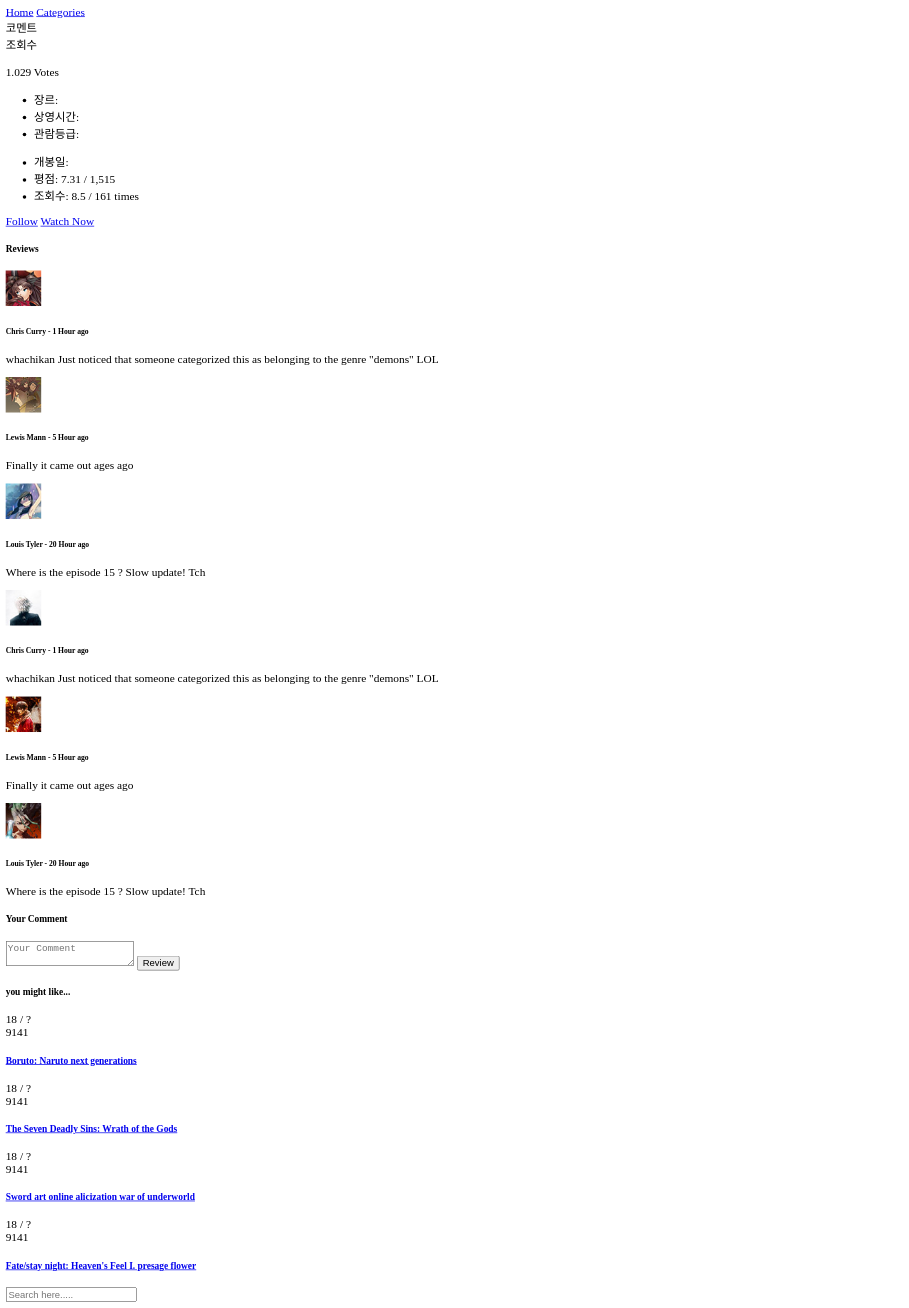
Repository: DavidJeonKr/Movidic
Page: http://localhost/Movidic/WEB-INF/views/movie/detail.jsp
The author's editor kept a copy of each file at every save. The page is drawn from the files as they stood at one save, then again after the next save.
The browser window is 1280 px wide. The pictures show the whole page, at 71% of full size.
The page is served by Tomcat 9. Nobody is signed in. Other server files are loaded and not shown. The template is opened directly, without the code that normally fills it, so the values that code supplies are empty.

Above is the page before, as saved 2022-05-13 08:57:43.

### Movidic/src/main/webapp/WEB-INF/views/movie/detail.jsp
<%@ page language="java" contentType="text/html; charset=UTF-8"
    pageEncoding="UTF-8"%>
<%@ taglib uri="http://java.sun.com/jsp/jstl/core" prefix="c" %>
<%@ taglib uri="http://java.sun.com/jsp/jstl/functions" prefix="fn" %>
<!DOCTYPE html>
<html lang="zxx">

<head>
    <meta charset="UTF-8">
    <meta name="description" content="Anime Template">
    <meta name="keywords" content="Anime, unica, creative, html">
    <meta name="viewport" content="width=device-width, initial-scale=1.0">
    <meta http-equiv="X-UA-Compatible" content="ie=edge">
    <title>Anime | Template</title>

</head>

<body>
    <!-- Page Preloder -->
    <div id="preloder">
        <div class="loader"></div>
    </div>


    <!-- Breadcrumb Begin -->
    <div class="breadcrumb-option">
        <div class="container">
            <div class="row">
                <div class="col-lg-12">
                    <div class="breadcrumb__links">
                        <a href="./index.html"><i class="fa fa-home"></i> Home</a>
                        <a href="./categories.html">Categories</a>
                        <!-- TODO: 장르 받아서 입력-->
                        <span>${movie.genre}</span>
                    </div>
                </div>
            </div>
        </div>
    </div>
    <!-- Breadcrumb End -->

    <!-- Anime Section Begin -->
    <section class="anime-details spad">
        <div class="container">
            <div class="anime__details__content">
                <div class="row">
                    <div class="col-lg-3">
                        <div class="anime__details__pic set-bg"  data-setbg="${movie.image}">
                            <div class="comment"><i class="fa fa-comments"></i> 코멘트 </div>
                            <div class="view"><i class="fa fa-eye"></i> 조회수 </div>
                        </div>
                    </div>
                    <div class="col-lg-9">
                        <div class="anime__details__text">
                            <div class="anime__details__title">
                                <h3>${movie.title}</h3>
                            </div>
                            <div class="anime__details__rating">
                                <div class="rating">
                                    <a href="#"><i class="fa fa-star"></i></a>
                                    <a href="#"><i class="fa fa-star"></i></a>
                                    <a href="#"><i class="fa fa-star"></i></a>
                                    <a href="#"><i class="fa fa-star"></i></a>
                                    <a href="#"><i class="fa fa-star-half-o"></i></a>
                                </div>
                                <span>1.029 Votes</span>
                            </div>
                            <p>${movie.summary}</p>
                            <div class="anime__details__widget">
                                <div class="row">
                                    <div class="col-lg-6 col-md-6">
                                        <ul>
                                            <li><span>장르:</span> ${movie.genre}</li>
                                            <li><span>상영시간:</span> ${movie.duration}</li>
                                            <li><span>관람등급:</span> ${movie.film_ration}</li>
                                        </ul>
                                    </div>
                                    <div class="col-lg-6 col-md-6">
                                        <ul>
                                            <li><span>개봉일:</span> ${movie.openData}</li>
                                            <li><span>평점:</span> 7.31 / 1,515</li>
                                            <li><span>조회수:</span> 8.5 / 161 times</li>
                                        </ul>
                                    </div>
                                </div>
                            </div>
                            <div class="anime__details__btn">
                                <a href="#" class="follow-btn"><i class="fa fa-heart-o"></i> Follow</a>
                                <a href="#" class="watch-btn"><span>Watch Now</span> <i
                                    class="fa fa-angle-right"></i></a>
                                </div>
                            </div>
                        </div>
                    </div>
                </div>
                <div class="row">
                    <div class="col-lg-8 col-md-8">
                        <div class="anime__details__review">
                            <div class="section-title">
                                <h5>Reviews</h5>
                            </div>
                            <div class="anime__review__item">
                                <div class="anime__review__item__pic">
                                    <img src="${pageContext.request.contextPath }/resources/img/anime/review-1.jpg" alt="">
                                </div>
                                <div class="anime__review__item__text">
                                    <h6>Chris Curry - <span>1 Hour ago</span></h6>
                                    <p>whachikan Just noticed that someone categorized this as belonging to the genre
                                    "demons" LOL</p>
                                </div>
                            </div>
                            <div class="anime__review__item">
                                <div class="anime__review__item__pic">
                                    <img src="${pageContext.request.contextPath }/resources/img/anime/review-2.jpg" alt="">
                                </div>
                                <div class="anime__review__item__text">
                                    <h6>Lewis Mann - <span>5 Hour ago</span></h6>
                                    <p>Finally it came out ages ago</p>
                                </div>
                            </div>
                            <div class="anime__review__item">
                                <div class="anime__review__item__pic">
                                    <img src="${pageContext.request.contextPath }/resources/img/anime/review-3.jpg" alt="">
                                </div>
                                <div class="anime__review__item__text">
                                    <h6>Louis Tyler - <span>20 Hour ago</span></h6>
                                    <p>Where is the episode 15 ? Slow update! Tch</p>
                                </div>
                            </div>
                            <div class="anime__review__item">
                                <div class="anime__review__item__pic">
                                    <img src="${pageContext.request.contextPath }/resources/img/anime/review-4.jpg" alt="">
                                </div>
                                <div class="anime__review__item__text">
                                    <h6>Chris Curry - <span>1 Hour ago</span></h6>
                                    <p>whachikan Just noticed that someone categorized this as belonging to the genre
                                    "demons" LOL</p>
                                </div>
                            </div>
                            <div class="anime__review__item">
                                <div class="anime__review__item__pic">
                                    <img src="${pageContext.request.contextPath }/resources/img/anime/review-5.jpg" alt="">
                                </div>
                                <div class="anime__review__item__text">
                                    <h6>Lewis Mann - <span>5 Hour ago</span></h6>
                                    <p>Finally it came out ages ago</p>
                                </div>
                            </div>
                            <div class="anime__review__item">
                                <div class="anime__review__item__pic">
                                    <img src="${pageContext.request.contextPath }/resources/img/anime/review-6.jpg" alt="">
                                </div>
                                <div class="anime__review__item__text">
                                    <h6>Louis Tyler - <span>20 Hour ago</span></h6>
                                    <p>Where is the episode 15 ? Slow update! Tch</p>
                                </div>
                            </div>
                        </div>
                        <div class="anime__details__form">
                            <div class="section-title">
                                <h5>Your Comment</h5>
                            </div>
                            <form action="#">
                                <textarea placeholder="Your Comment"></textarea>
                                <button type="submit"><i class="fa fa-location-arrow"></i> Review</button>
                            </form>
                        </div>
                    </div>
                    <div class="col-lg-4 col-md-4">
                        <div class="anime__details__sidebar">
                            <div class="section-title">
                                <h5>you might like...</h5>
                            </div>
                            <div class="filter__gallery">
                            <div class="product__sidebar__view__item set-bg" data-setbg="${pageContext.request.contextPath }/resources/img/sidebar/tv-1.jpg">
                                <div class="ep">18 / ?</div>
                                <div class="view"><i class="fa fa-eye"></i> 9141</div>
                                <h5><a href="#">Boruto: Naruto next generations</a></h5>
                            </div>
                            <div class="product__sidebar__view__item set-bg" data-setbg="${pageContext.request.contextPath }/resources/img/sidebar/tv-2.jpg">
                                <div class="ep">18 / ?</div>
                                <div class="view"><i class="fa fa-eye"></i> 9141</div>
                                <h5><a href="#">The Seven Deadly Sins: Wrath of the Gods</a></h5>
                            </div>
                            <div class="product__sidebar__view__item set-bg" data-setbg="${pageContext.request.contextPath }/resources/img/sidebar/tv-3.jpg">
                                <div class="ep">18 / ?</div>
                                <div class="view"><i class="fa fa-eye"></i> 9141</div>
                                <h5><a href="#">Sword art online alicization war of underworld</a></h5>
                            </div>
                            <div class="product__sidebar__view__item set-bg" data-setbg="${pageContext.request.contextPath }/resources/img/sidebar/tv-4.jpg">
                                <div class="ep">18 / ?</div>
                                <div class="view"><i class="fa fa-eye"></i> 9141</div>
                                <h5><a href="#">Fate/stay night: Heaven's Feel I. presage flower</a></h5>
                            </div>
                            </div>
                        </div>
                    </div>
                </div>
            </div>
        </section>
        <!-- Anime Section End -->



          <!-- Search model Begin -->
          <div class="search-model">
            <div class="h-100 d-flex align-items-center justify-content-center">
                <div class="search-close-switch"><i class="icon_close"></i></div>
                <form class="search-model-form">
                    <input type="text" id="search-input" placeholder="Search here.....">
                </form>
            </div>
        </div>
        <!-- Search model end -->


    </body>

    </html>

After the next save:
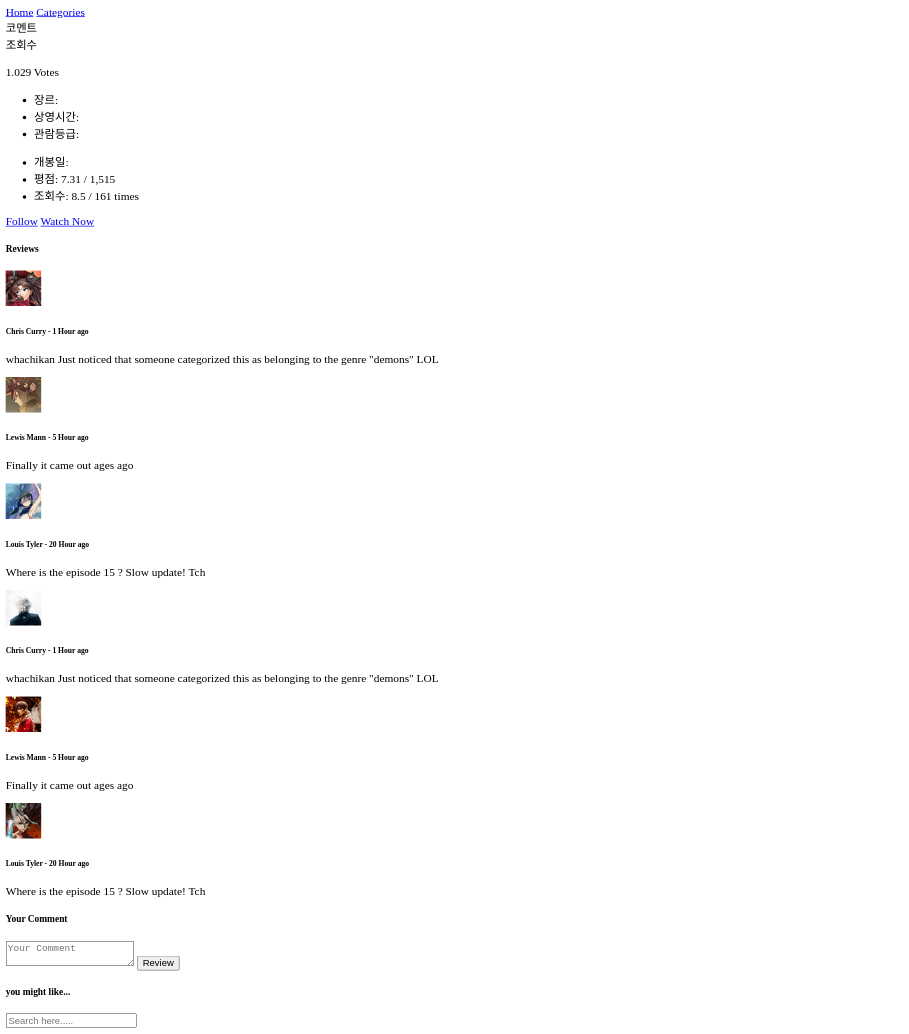
Saved 6 s later.
--- a/Movidic/src/main/webapp/WEB-INF/views/movie/detail.jsp
+++ b/Movidic/src/main/webapp/WEB-INF/views/movie/detail.jsp
@@ -172,26 +172,7 @@
                                 <h5>you might like...</h5>
                             </div>
                             <div class="filter__gallery">
-                            <div class="product__sidebar__view__item set-bg" data-setbg="${pageContext.request.contextPath }/resources/img/sidebar/tv-1.jpg">
-                                <div class="ep">18 / ?</div>
-                                <div class="view"><i class="fa fa-eye"></i> 9141</div>
-                                <h5><a href="#">Boruto: Naruto next generations</a></h5>
-                            </div>
-                            <div class="product__sidebar__view__item set-bg" data-setbg="${pageContext.request.contextPath }/resources/img/sidebar/tv-2.jpg">
-                                <div class="ep">18 / ?</div>
-                                <div class="view"><i class="fa fa-eye"></i> 9141</div>
-                                <h5><a href="#">The Seven Deadly Sins: Wrath of the Gods</a></h5>
-                            </div>
-                            <div class="product__sidebar__view__item set-bg" data-setbg="${pageContext.request.contextPath }/resources/img/sidebar/tv-3.jpg">
-                                <div class="ep">18 / ?</div>
-                                <div class="view"><i class="fa fa-eye"></i> 9141</div>
-                                <h5><a href="#">Sword art online alicization war of underworld</a></h5>
-                            </div>
-                            <div class="product__sidebar__view__item set-bg" data-setbg="${pageContext.request.contextPath }/resources/img/sidebar/tv-4.jpg">
-                                <div class="ep">18 / ?</div>
-                                <div class="view"><i class="fa fa-eye"></i> 9141</div>
-                                <h5><a href="#">Fate/stay night: Heaven's Feel I. presage flower</a></h5>
-                            </div>
+
                             </div>
                         </div>
                     </div>
